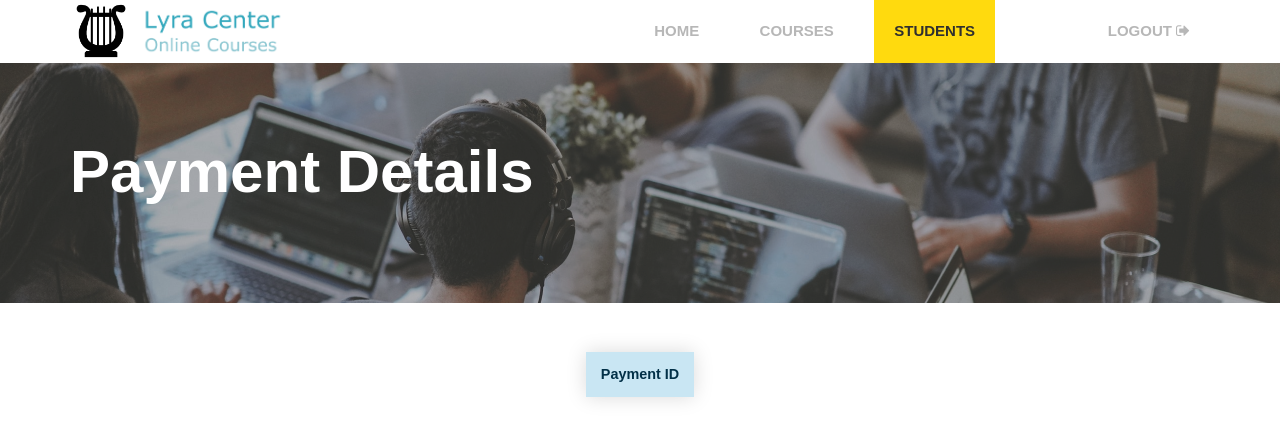
Repository: jersmaecrz/lyra-center
Page: http://localhost/aPayment.php
The author's editor kept a copy of each file at every save. The page is drawn from the files as they stood at one save, then again after the next save.
The browser window is 1280 px wide. The pictures show the whole page.
Some web fonts or font styles are not loaded; a fallback is used. The page is run by PHP 8.4 with error messages shown; the project is at /var/www/html/.

Above is the page before, as saved 2022-12-04 16:02:57.

After the next save:
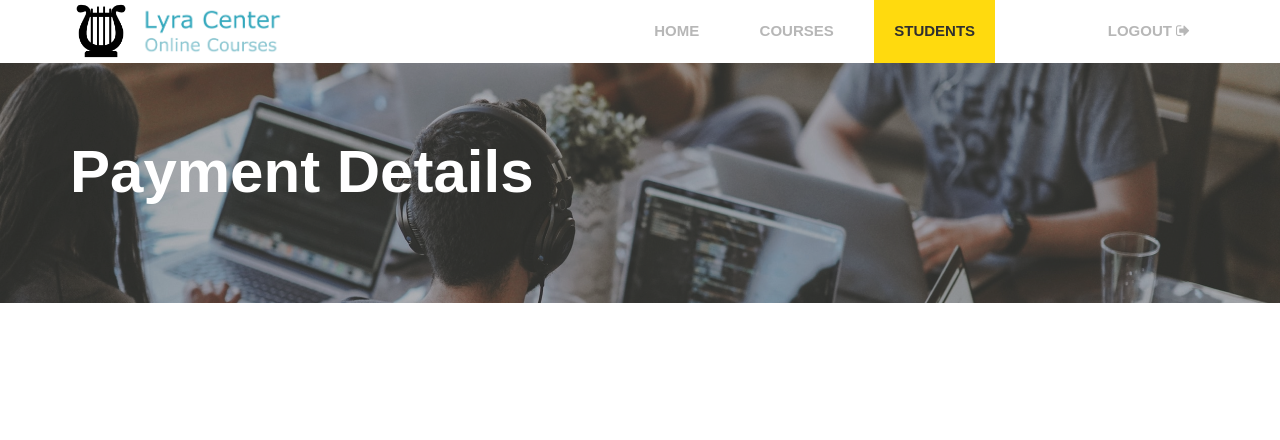
Saved 34 s later.
--- a/aPayment.php
+++ b/aPayment.php
@@ -99,16 +99,16 @@
     <div class="row">
         <div class="normal__breadcrumb__text" style="float:none;margin:auto;">
            <table class="styled-table"">
-                <thead>
-                    <th>Payment ID</th>
-                </thead>
-                <tbody>
+
                     <?php
                         $sPayment = new StudentPayment();
                         if(isset($_GET['ecID'])){
                             $ecID = $_GET['ecID'];
                             $sPayment -> retrieveStudentPayments($pdo,$ecID);
                             $rows = $sPayment -> getPayments();
+                    ?>
+                    <?php
+
                             foreach($rows as $row){
                                 echo " <td>".$row -> pytID."</td>";
                                 echo " <th>".$row -> ecID."</th>";
